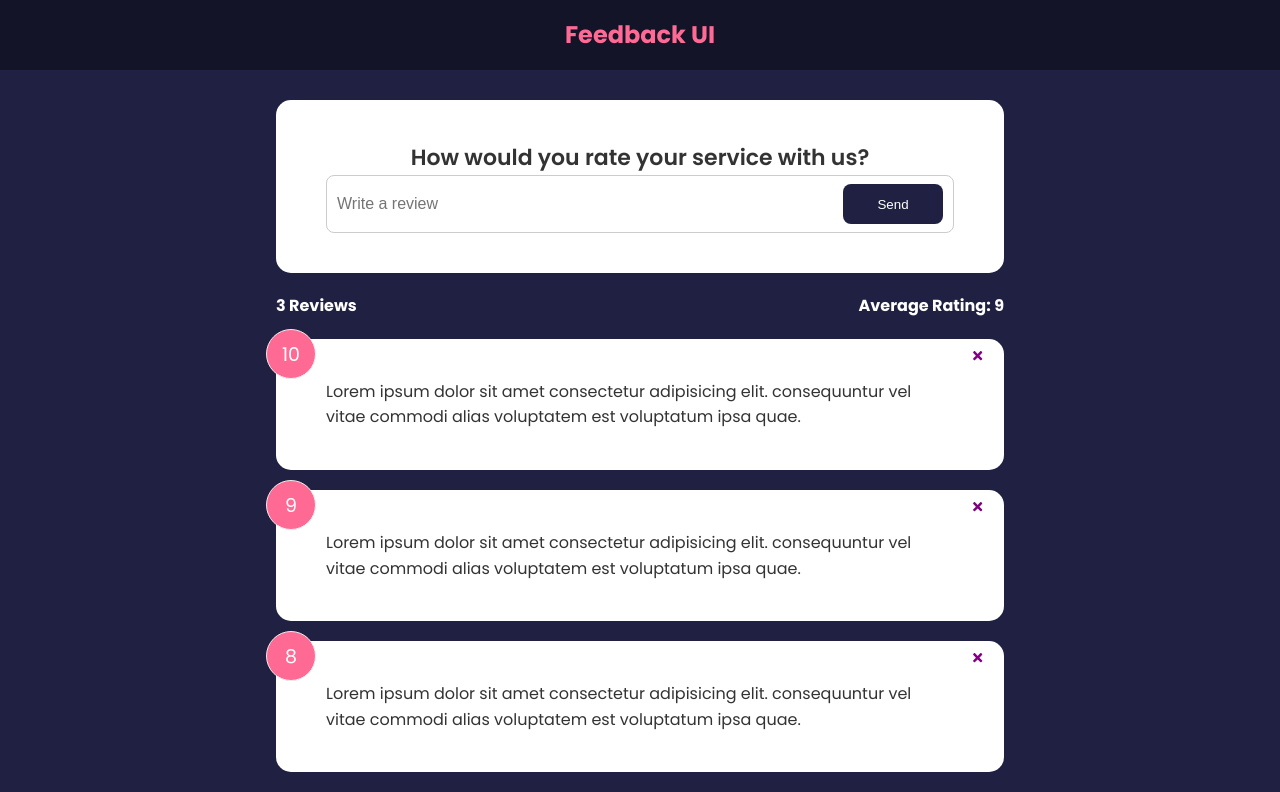
Repository: Lithium87/feedback-app
Page: / (app in client/)
The author's editor kept a copy of each file at every save. The page is drawn from the files as they stood at one save, then again after the next save.
The browser window is 1280 px wide. The pictures show the whole page.
The project was rebuilt for these pictures with package versions that can differ from the ones it lists, and the page was loaded fresh each time.

Above is the page before, as saved 2022-05-29 21:34:21.

After the next save:
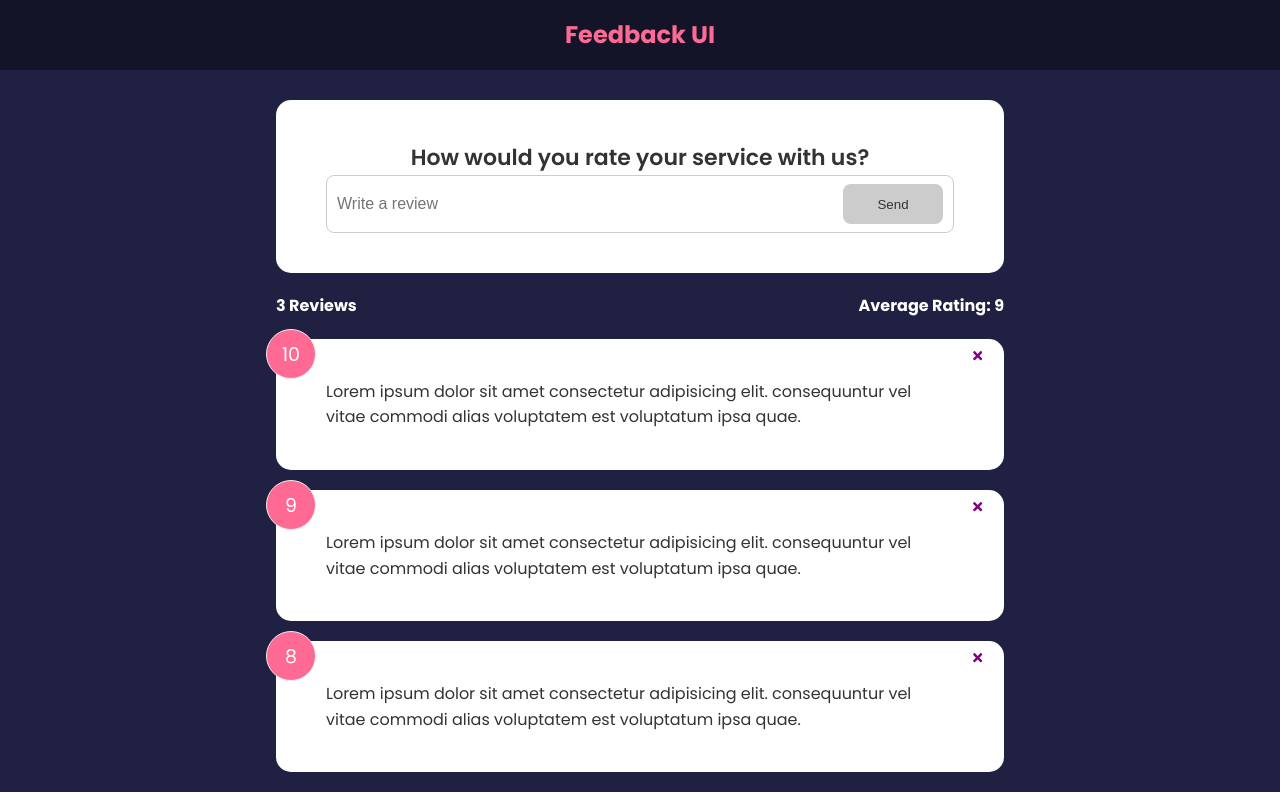
Saved 4 min 48 s later.
--- a/client/src/components/FeedbackForm.js
+++ b/client/src/components/FeedbackForm.js
@@ -4,6 +4,8 @@ import Button from './shared/Button';
 
 const FeedbackForm = () => {
   const [text, setText] = useState ('');
+  const [btnDisabled, setBtnDisabled] = useState (true);
+  const [message, setMessage] = useState ('');
 
   const handleTextChange = e => {
     setText (e.target.value);
@@ -20,7 +22,7 @@ const FeedbackForm = () => {
             placeholder="Write a review"
             value={text}
           />
-          <Button type="submit">Send</Button>
+          <Button type="submit" isDisabled={btnDisabled}>Send</Button>
         </div>
       </form>
     </Card>
